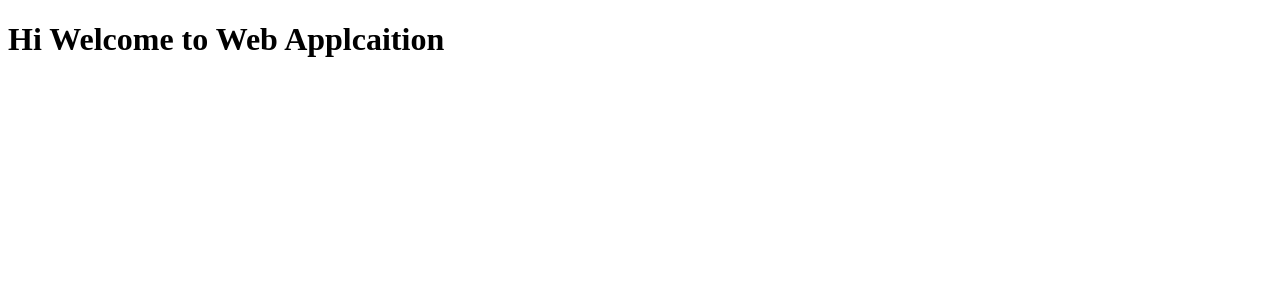
Repository: Thaneshwara848/TCS_B1
Page: WebDemo1/src/main/webapp/Register.html
The author's editor kept a copy of each file at every save. The page is drawn from the files as they stood at one save, then again after a run of saves.
The browser window is 1280 px wide. The pictures show the whole page.

Above is the page before, as saved 2022-11-14 04:07:00.

After the next 2 saves:
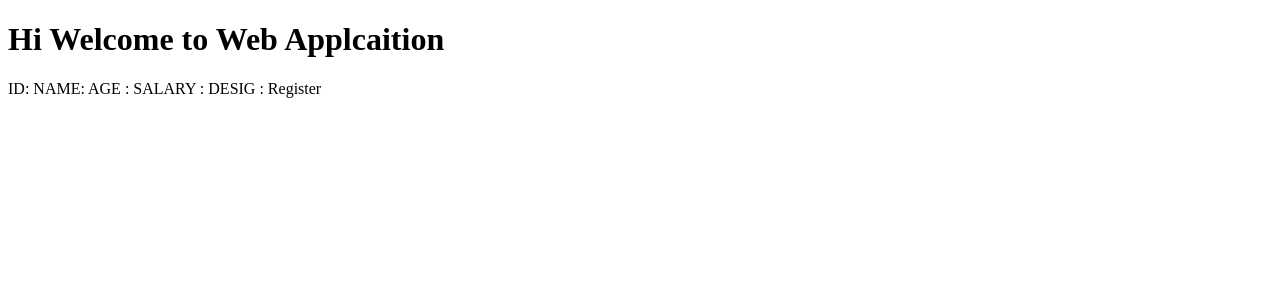
The 2 saves are shown as one change because they came seconds apart.
The last was saved 60 s later.
--- a/WebDemo1/src/main/webapp/Register.html
+++ b/WebDemo1/src/main/webapp/Register.html
@@ -6,6 +6,15 @@
 </head>
 <body>
 	<h1> Hi Welcome to Web Applcaition </h1>
+	ID:
+	NAME:
+	AGE :
+	SALARY :
+	DESIG :
+
+	Register
+
+
 
 </body>
 </html>
